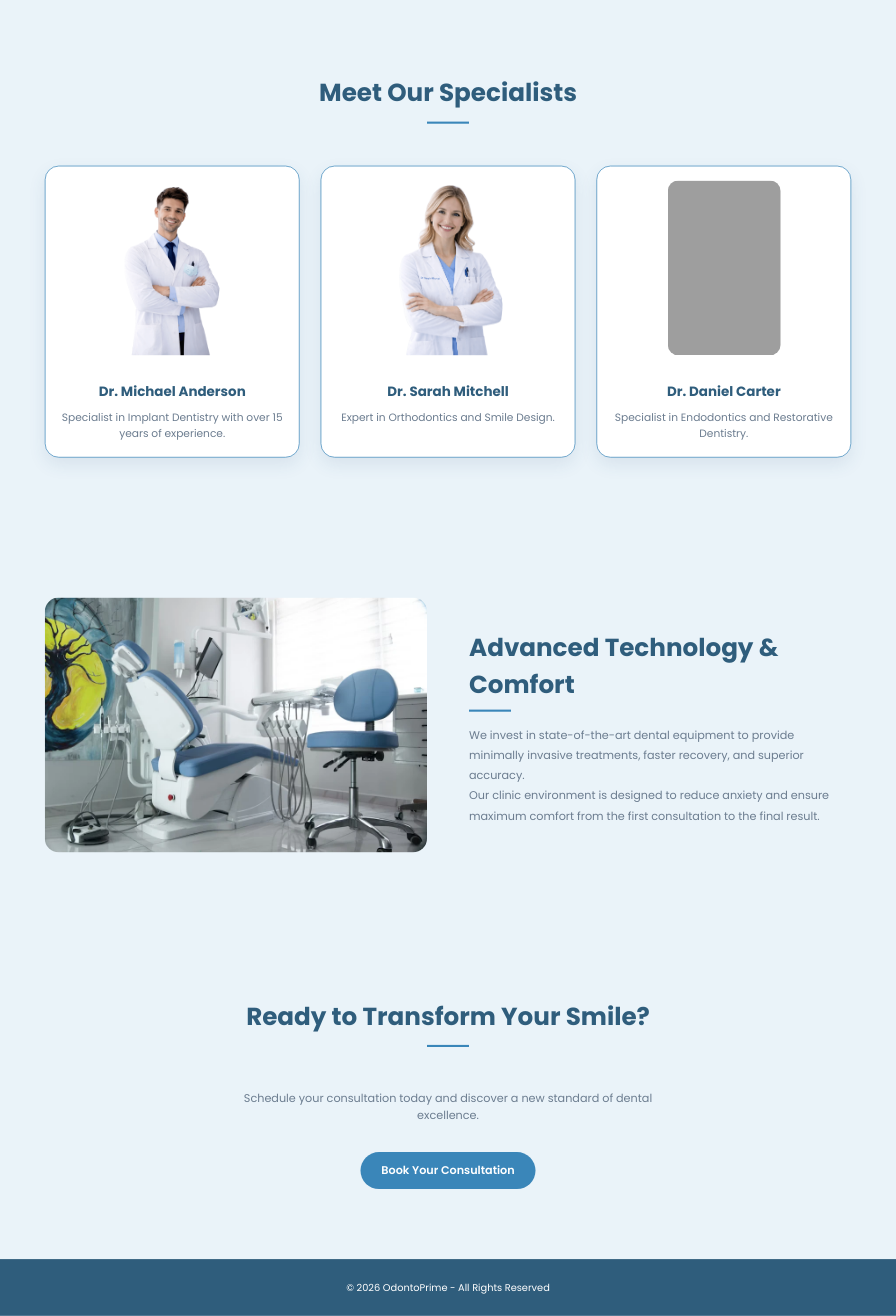
Repository: davidfsillva/OdontoPrime
Page: about.html
The author's editor kept a copy of each file at every save. The page is drawn from the files as they stood at one save, then again after the next save.
The browser window is 1280 px wide. The pictures show the part of the page from y = 1574 to 3494 px (the page is 3454 px tall before and 3494 px after), at 70% of full size.
Pictures or frames that could not be fetched are drawn as grey boxes. A picture or video elsewhere on the page could not be fetched, so the positions and the page height are approximate.

Above is the page before, as saved 2026-02-16 23:02:37.

### about.html
<!DOCTYPE html>
<html lang="en">
<head>
<meta charset="UTF-8">
<meta name="viewport" content="width=device-width, initial-scale=1.0">
<title>About - OdontoPrime Excellence</title>

<link rel="stylesheet" href="style.css">
<link href="https://fonts.googleapis.com/css2?family=Poppins:wght@300;400;600;700&display=swap" rel="stylesheet">
</head>


<body>

<!-- HEADER -->
<header>
    <div class="container nav-container">
        <div class="logo">OdontoPrime</div>

        <nav id="nav">
            <a href="index.html">Home</a>
            <a href="about.html" class="active">About</a>
            <a href="services.html">Services</a>
            <a href="contact.html">Contact</a>
        </nav>

        <div class="menu-toggle" onclick="toggleMenu()">☰</div>
    </div>
</header>

<!-- HERO ABOUT -->
<section class="hero hero-about">
    <div class="container hero-content">
        <div class="hero-text">
            <h1>About OdontoPrime Excellence</h1>
            <p>
                Dedicated to delivering advanced dental care with precision,
                innovation, and a patient-centered approach.
            </p>
        </div>
    </div>
</section>

<!-- OUR STORY -->
<section class="about-preview">
    <div class="container about-grid">
        <div class="about-text">
            <h2>Our Story</h2>
            <p>
                Founded over a decade ago, OdontoPrime Excellence was created with a clear mission:
                to redefine modern dentistry through innovation, comfort, and excellence.
                Our clinic combines advanced technology with a humanized approach,
                ensuring each patient receives personalized and comprehensive care.
            </p>

            <p>
                Over the years, we have built a reputation for delivering long-lasting results,
                aesthetic precision, and preventive solutions that promote complete oral health.
            </p>
        </div>

        <div class="about-image">
            <img src="img/clinic-interior.webp" alt="Dental clinic interior">
        </div>
    </div>
</section>

<!-- MISSION VISION VALUES -->
<section class="departments">
    <div class="container">
        <h2>Our Principles</h2>

        <div class="dept-grid">

            <div class="card">
                <h3>Our Mission</h3>
                <p>
                    To provide exceptional dental care using modern techniques,
                    ensuring comfort, safety, and long-term oral health.
                </p>
            </div>

            <div class="card">
                <h3>Our Vision</h3>
                <p>
                    To become a reference in advanced aesthetic and restorative dentistry,
                    recognized for innovation and patient satisfaction.
                </p>
            </div>

            <div class="card">
                <h3>Our Values</h3>
                <p>
                    Ethics, transparency, precision, empathy, and commitment
                    to excellence in every treatment performed.
                </p>
            </div>

        </div>
    </div>
</section>

<!-- OUR TEAM -->
<section class="departments about-cards">
    <div class="container">
        <h2>Meet Our Specialists</h2>

        <div class="dept-grid">

            <div class="card">
                <img src="img/dr - Copia.png" alt="Lead dentist">
                <h3>Dr. Michael Anderson</h3>
                <p>Specialist in Implant Dentistry with over 15 years of experience.</p>
            </div>

            <div class="card">
                <img src="img/sara.png" alt="Orthodontist">
                <h3>Dr. Sarah Mitchell</h3>
                <p>Expert in Orthodontics and Smile Design.</p>
            </div>

            <div class="card">
                <img src="img/dentist3.webp" alt="Endodontist">
                <h3>Dr. Daniel Carter</h3>
                <p>Specialist in Endodontics and Restorative Dentistry.</p>
            </div>

        </div>
    </div>
</section>

<!-- WHY CHOOSE US EXTENDED -->
<section class="about-preview">
    <div class="container about-grid">

        <div class="about-image">
            <img src="img/photo.webp" alt="Dental technology">
        </div>

        <div class="about-text">
            <h2>Advanced Technology & Comfort</h2>
            <p>
                We invest in state-of-the-art dental equipment to provide
                minimally invasive treatments, faster recovery, and superior accuracy.
            </p>

            <p>
                Our clinic environment is designed to reduce anxiety and ensure
                maximum comfort from the first consultation to the final result.
            </p>
        </div>

    </div>
</section>

<!-- CALL TO ACTION -->
<section class="departments">
    <div class="container" style="text-align:center;">
        <h2>Ready to Transform Your Smile?</h2>
        <p style="max-width:600px; margin:20px auto; color:var(--text-medium);">
            Schedule your consultation today and discover a new standard of dental excellence.
        </p>

        <a href="contact.html" class="btn-view">Book Your Consultation</a>
    </div>
</section>

<!-- FOOTER -->
<footer>
    <p>© 2026 OdontoPrime - All Rights Reserved</p>
</footer>


<!-- BOTÃO VOLTAR AO TOPO -->
<a href="#" class="back-to-top" id="backToTop">↑</a>

<script src="script.js"></script>


</body>
</html>

### style.css
:root{

    --primary-blue: #2F5D7C;
    --secondary-blue: #4F7FA3;
    --accent-blue: #3A86B9;

    --bg-light: #EAF3F9;
    --white: #FFFFFF;
    --off-white: #E6EEF5;

    --text-dark: #2E3A46;
    --text-medium: #6B7C8F;

    --hero-gradient-start: rgba(47, 93, 124, 0.95);
    --hero-gradient-end: rgba(79, 127, 163, 0.85);

    --shadow-soft: 0 5px 20px rgba(47, 93, 124, 0.08);
}

*{
    margin:0;
    padding:0;
    box-sizing:border-box;
    font-family:'Poppins', sans-serif;
}

body{
    background:var(--bg-light);
    color:var(--text-dark);
}

.container{
    width:90%;
    max-width:1200px;
    margin:auto;
}

/* HEADER */

nav{
    display:flex;
    align-items:center;
}

header{
    position:absolute;
    width:100%;
    padding:25px 0;
    z-index:1000;
    background:transparent;
}

.nav-container{
    display:flex;
    justify-content:space-between;
    align-items:center;
}

.logo{
    font-weight:700;
    font-size:1.9rem;
    color:var(--white);
    text-shadow: 0 3px 8px rgba(0, 0, 0, 0.5);
}

nav a{
    margin-left:25px;
    text-decoration:none;
    color:var(--white);
    font-weight:500;
    transition:0.3s;
}

nav a:hover{
    color:var(--accent-blue);
}

.menu-toggle{
    display:none;
    font-size:24px;
    cursor:pointer;
    color:var(--white);
}

nav a.active{
    color: var(--accent-blue);
    font-weight: 600;
    position: relative;
}

/* HERO */

.hero{
    min-height:100vh;
    display:flex;
    align-items:center;
    background:
    linear-gradient(to right,
    rgba(79, 127, 163, 0.438),
    rgba(58, 134, 185, 0.048)),
    url('img/hero.webp') center/cover no-repeat;
    color:var(--white);
    padding:0 0;
    position:relative;
}

.hero-content{
    width:100%;
}

.hero-text{
    max-width:600px;
}

.hero h1{
    font-size:2.8rem;
    margin-bottom:20px;
    font-weight:700;
    line-height:1.2;
    text-shadow: 0 3px 8px rgba(0, 0, 0, 0.5);
}

.hero p{
    margin-bottom:25px;
    max-width:500px;
    font-size:16px;
    line-height:1.6;
    color:var(--white);
    text-shadow: 0 3px 8px rgba(0, 0, 0, 0.5);
}

.hero-about{
    background: var(--primary-blue);
    min-height: 60vh;
}


/* HERO STATS */

.hero-stats{
    position:absolute;
    bottom:0px;
    left:60%;
    transform:translateX(-50%);
    width:90%;
    max-width:1100px;
    display:grid;
    grid-template-columns:repeat(auto-fit, minmax(180px,1fr));
    gap:20px;
    padding:25px 40px;
    background:rgba(255,255,255,0.15);
    backdrop-filter:blur(15px);
    -webkit-backdrop-filter:blur(15px);
    border-radius:20px 0px 0px 0px;
    border:1px solid rgba(255,255,255,0.2);
}

.stat-item{
    text-align:center;
    color:var(--white);
}

.stat-item h2{
    font-size:2rem;
    font-weight:700;
}

.stat-item p{
    font-size:0.9rem;
    opacity:0.9;
}

/* BUTTONS */

.btn{
    padding:14px 30px;
    background:var(--white);
    border:none;
    color:var(--primary-blue);
    font-weight:600;
    border-radius:30px;
    cursor:pointer;
    transition:0.3s;
}

.btn:hover{
    background:var(--accent-blue);
    color:var(--white);
    transform:translateY(-3px);
}

.btn-view {
    padding:14px 30px;
    background:var(--accent-blue);
    border:none;
    color:var(--white);
    font-weight:600;
    border-radius:30px;
    cursor:pointer;
    transition:0.3s;
    text-decoration: none;
    text-align: center;
    display: block;
    width: fit-content;
    margin:40px auto 0;
}

.btn-view:hover {
    transform: translateY(-5px);
    box-shadow: 0 15px 30px rgba(0,0,0,0.2);
}

/* ABOUT */
.about-image{
    position:relative;
    overflow:hidden;
}


.about-preview{
    padding:100px 0;
}

.about-grid{
    display:grid;
    grid-template-columns:1fr 1fr;
    gap:60px;
    align-items:center;
}

.about-text h2{
    font-size:2.2rem;
    color:var(--primary-blue);
    margin-bottom:20px;
    position:relative;
}

.about-text h2::after{
    content:"";
    width:60px;
    height:3px;
    background:var(--accent-blue);
    display:block;
    margin-top:10px;
}

.about-text p{
    font-size:16px;
    line-height:1.8;
    color:var(--text-medium);
}

.about-grid img:not(.lead-dentist){
    width:100%;
    border-radius:20px;
}

.lead-dentist {
    border-radius: 30px; /* cantos arredondados */
    width: 60%;
    height: auto;
    margin: 0 auto;
    box-shadow: 0 8px 20px rgba(0,0,0,0.2); /* opcional: sombra suave */
    display: flex;
    justify-content: center; /* centraliza horizontalmente */
    align-items: center;     /* centraliza verticalmente se tiver altura */
}

/* DEPARTMENTS */

.departments{
    padding:100px 0;
}

.departments h2{
    text-align:center;
    font-size:2.2rem;
    color:var(--primary-blue);
    margin-bottom:60px;
    position:relative;
}

.departments h2::after{
    content:"";
    width:60px;
    height:3px;
    background:var(--accent-blue);
    display:block;
    margin:15px auto 0;
}

.dept-grid{
    display:grid;
    grid-template-columns: repeat(auto-fit, minmax(280px, 1fr));
    gap:30px;
}


.card {
    background:var(--white);
    padding:35px 25px;
    text-align:center;
    border-radius:18px;
    box-shadow:0 8px 25px rgba(47,93,124,0.08);
    transition:0.3s ease;


    border-radius: 0 0 0 32px;
    border:1px solid #3A86B9;

}

.why-card{
    border: none;
}


.card:hover{
    transform:translateY(-6px);
    box-shadow:0 15px 35px rgba(47,93,124,0.15);
}

.card img{
    width:60px;
    margin-bottom:15px;
}

.card h3{
    font-size:18px;
    margin-bottom:12px;
    color:var(--primary-blue);
}

.card p{
    font-size:14px;
    line-height:1.6;
    color:var(--text-medium);
}

/* WHY SECTION FULL IMAGE CARDS */

.why-card {
    position: relative;
    overflow: hidden;
    padding: 0;
    height: 350px;
    border-radius: 20px;
}

.why-card img {
    width: 100%;
    height: 100%;
    object-fit: cover;
    display: block;
}

.why-card .card-content {
    position: absolute;
    bottom: 0;
    width: 100%;
    padding: 25px;
    background: linear-gradient(
        to top,
        rgba(0,0,0,0.75),
        rgba(0,0,0,0.2)
    );
    color: var(--white);
}

.why-card h3 {
    margin-bottom: 8px;
    color: var(--white);
}

.why-card p {
    color: rgba(255,255,255,0.9);
    font-size: 14px;
}


/* WHY US */

.why-us{
    padding:100px 0;
    background:var(--white);
}

.why-us h2{
    text-align:center;
    font-size:2.2rem;
    margin-bottom:60px;
    color:var(--primary-blue);
    position:relative;
}

.why-us h2::after{
    content:"";
    width:60px;
    height:3px;
    background:var(--accent-blue);
    display:block;
    margin:15px auto 0;
}

.contact-grid{
    display:grid;
    grid-template-columns:1fr 1fr;
    gap:60px;
    align-items:start;
}

/* BOTÃO VOLTAR AO TOPO */
.back-to-top {
    position: fixed;       /* fixa na tela */
    bottom: 30px;          /* distância do rodapé */
    right: 30px;           /* distância da borda direita */
    background: var(--accent-blue);
    color: var(--white);
    padding: 12px 18px;
    border-radius: 50px;   /* deixa arredondado */
    text-decoration: none;
    font-weight: 600;
    font-size: 12px;
    box-shadow: 0 8px 20px rgba(0,0,0,0.2);
    transition: 0.3s;
    opacity: 0;            /* inicialmente invisível */
    pointer-events: none;  /* não clicável até aparecer */
    z-index: 1000;
}

.back-to-top:hover {
    background: var(--off-white);
    transform: translateY(-3px);
    color: black;
}

/* quando visível */
.back-to-top.show {
    opacity: 1;
    pointer-events: auto;
}

/* CARDS ESPECÍFICOS DA PÁGINA ABOUT */
.departments.about-cards .card {
    border-radius: 20px;
    padding: 20px;
    box-shadow: 0 10px 25px rgba(47,93,124,0.1);
    transition: transform 0.3s ease, box-shadow 0.3s ease;
    text-align: center;
}

/* Hover */
.departments.about-cards .card:hover {
    transform: translateY(-5px);
    box-shadow: 0 15px 35px rgba(47,93,124,0.2);
}

/* Card titles and text */
.departments.about-cards .card h3 {
    font-size: 1.2rem;
    color: var(--primary-blue);
    margin: 15px 0 10px;
}

.departments.about-cards .card p {
    font-size: 0.95rem;
    line-height: 1.6;
    color: var(--text-medium);
}

/* Imagem maior e proporcional */
.departments.about-cards .card img {
    width: 50%;          /* ocupa toda a largura do card */
    height: 250px;        /* altura maior */
    object-fit: cover;    /* mantém proporção e recorta excesso */
    border-radius: 15px;  /* cantos arredondados */
    margin-bottom: 15px;  /* separação do texto */
}






/* FOOTER */

footer{
    background:var(--primary-blue);
    color:var(--white);
    text-align:center;
    padding:30px;
    font-size:14px;
}

/* RESPONSIVE */

/* =========================
   RESPONSIVE
========================= */
@media (max-width: 768px) {

    /* NAVIGATION */
    nav {
        position: absolute;
        top: 80px;
        right: 0;
        background: var(--white);
        flex-direction: column;
        width: 200px;
        display: none;
        box-shadow: var(--shadow-soft);
    }

    nav a {
        padding: 15px;
        margin: 0;
        border-bottom: 1px solid var(--off-white);
        color: var(--text-dark);
    }

    nav.active {
        display: flex;
    }

    .menu-toggle {
        display: block;
    }

        /* HERO INTERNO (about, services, contact) */
    .hero-about,
    .hero-services,
    .hero-contact {
        min-height: 45vh;
        display: flex;
        align-items: center;
        justify-content: center;
        text-align: center;
        padding: 100px 20px 40px;
    }

    .hero-about h1,
    .hero-services h1,
    .hero-contact h1 {
        font-size: 1.6rem;
    }

    .hero-about p,
    .hero-services p,
    .hero-contact p {
        font-size: 0.95rem;
        max-width: 100%;
        margin: 0 auto;
    }

    /* ABOUT GRID */
    .about-grid {
        grid-template-columns: 1fr;
        gap: 30px;
        text-align: center;
    }

    .about-text h2 {
        font-size: 1.6rem;
    }

    /* DEPARTMENTS / SERVICES GRID */
    .dept-grid {
        grid-template-columns: 1fr;
        gap: 20px;
    }

    .card {
        padding: 25px 20px;
    }

    /* WHY SECTION */
    .why-us {
        padding: 70px 0;
    }

    .why-card {
        height: 280px;
    }

    /* CONTACT PAGE (caso tenha form grid) */
    .contact-grid {
        grid-template-columns: 1fr;
        gap: 30px;
    }

    .contact-form input,
    .contact-form textarea {
        width: 100%;
    }

    .hero {
        flex-direction: column;
        justify-content: center;
        align-items: center;
        text-align: center;
        padding: 20px 20px 0;
        background:
            linear-gradient(to top,
            rgba(47, 93, 124, 0.048),
            rgba(47, 93, 124, 0.2)),
            url('img/hero-mobile.webp') center/cover no-repeat;
    }



    .hero h1 {
        font-size: 1.8rem;
    }

    .hero p {
        max-width: 100%;
    }

        .hero-stats {
        left: 50%;
        transform: translateX(-50%);
        width: 95%;
        max-width: 100%;
        border-radius: 20px 20px 0 0;
        padding: 10px 12px 10px;
        gap: 1px;
        grid-template-columns: repeat(2, 1fr);
    }

    .stat-item h2 {
        font-size: 1.4rem;
    }

    .stat-item p {
        font-size: 0.75rem;
    }



}

### script.js
// TOGGLE MENU MOBILE
function toggleMenu() {
    document.getElementById("nav").classList.toggle("active");
}

// BOTÃO VOLTAR AO TOPO
const backToTopButton = document.getElementById('backToTop');

// Mostrar o botão quando a página for rolada 300px ou mais
window.addEventListener('scroll', () => {
    if (window.scrollY > 300) {
        backToTopButton.classList.add('show');
    } else {
        backToTopButton.classList.remove('show');
    }
});

// Rolar suavemente até o topo ao clicar
backToTopButton.addEventListener('click', (e) => {
    e.preventDefault();
    window.scrollTo({ top: 0, behavior: 'smooth' });
});

After the next save:
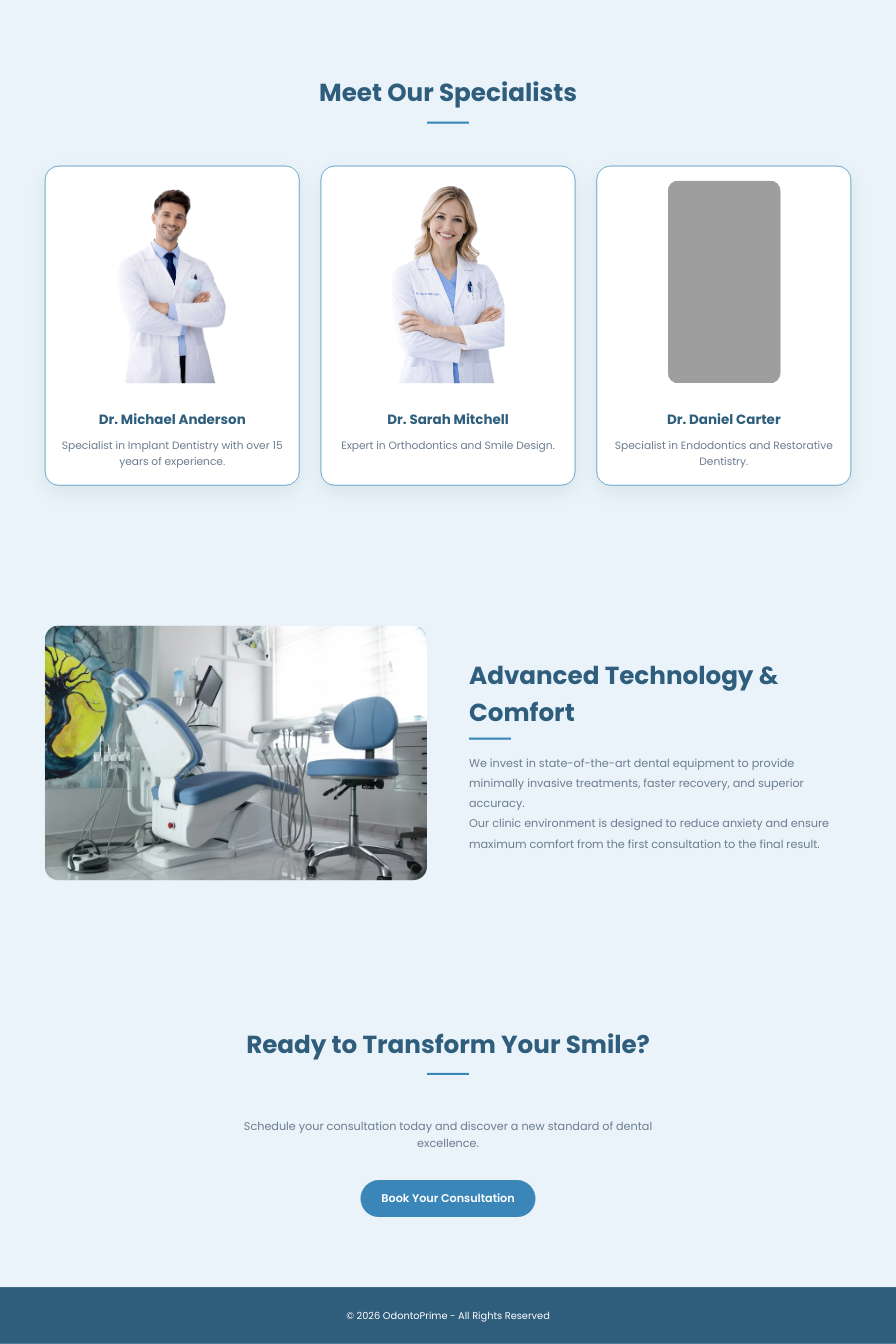
Saved 10 s later.
--- a/style.css
+++ b/style.css
@@ -471,7 +471,7 @@ nav a.active{
 /* Imagem maior e proporcional */
 .departments.about-cards .card img {
     width: 50%;          /* ocupa toda a largura do card */
-    height: 250px;        /* altura maior */
+    height: 290px;        /* altura maior */
     object-fit: cover;    /* mantém proporção e recorta excesso */
     border-radius: 15px;  /* cantos arredondados */
     margin-bottom: 15px;  /* separação do texto */
